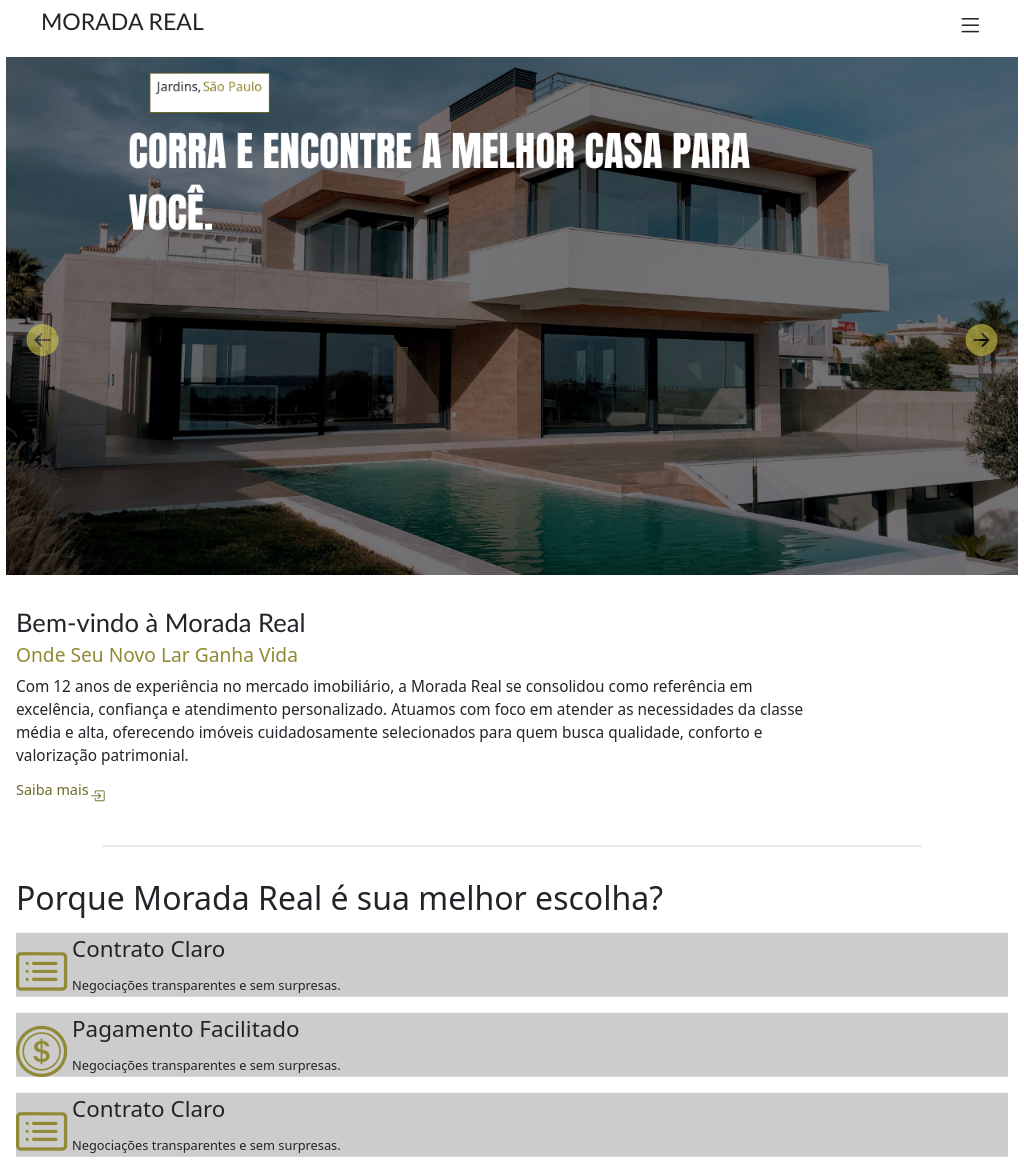
Repository: Mattyns/moradareal
Page: index.html
These files come from the project's save history. The page is drawn as it stood at one moment and after the next save; the edit follows.
The browser window is 1280 px wide. The pictures show the whole page, at 80% of full size.

Above is the page before, as saved 2025-07-13 17:41:24.

### index.html
<!DOCTYPE html>
<html lang="pt-br">
    <head>
        <meta charset="UTF-8" />
        <meta name="viewport" content="width=device-width, initial-scale=1.0" />
        <title>Morada Real</title>
        <link
            rel="stylesheet"
            href="https://cdnjs.cloudflare.com/ajax/libs/animate.css/4.1.1/animate.min.css"
        />
        <link
            href="https://cdn.jsdelivr.net/npm/bootstrap@5/dist/css/bootstrap.min.css"
            rel="stylesheet"
            integrity="sha384-QWTKZyjpPEjISv5WaRU9OFeRpok6YctnYmDr5pNlyT2bRjXh0JMhjY6hW+ALEwIH"
            crossorigin="anonymous"
        />
        <link
            rel="stylesheet"
            href="https://cdn.jsdelivr.net/npm/bootstrap-icons@1.11.3/font/bootstrap-icons.min.css"
        />
        <link rel="stylesheet" href="style/style.css" />
    </head>
    <body>
        <header class="header__container">

            <h1 class="logo__text">MORADA REAL</h1> <i class="bi-list menu__list"></i>
        </header>

        <main>
            <section class="contrast">

                <div class="contrast__container">
                    <div class="local local__sp">
                        <div class="local__text">
                            <p>Jardins,</p> <p class="local__text--contrast"> São Paulo</p>
                        </div>
                        <p class="text__message">CORRA E ENCONTRE A MELHOR CASA PARA VOCÊ.</p>
                    </div>
                    <div class="local local__rs">
                        <div class="local__text">
                            <p>Bela Vista,</p> <p class="local__text--contrast"> Rio Grande do Sul</p>
                        </div>
                        <p class="text__message">O LAR DOS SEUS SONHOS PODE ESTAR A UM CLIQUE DE DISTÂNCIA.</p>
                    </div>
                    <div class="local local__rj">
                        <div class="local__text">
                            <p>Leblon,</p> <p class="local__text--contrast"> Rio de Janeiro</p>
                        </div>
                        <p class="text__message">NÃO PERCA TEMPO! SUA NOVA HISTÓRIA COMEÇA AQUI.</p>
                    </div>

                </div>

                <i class="bi-arrow-left-circle-fill img__button" id="img__button--left"></i>
                <i class="bi-arrow-right-circle-fill img__button" id="img__button--right"></i>

            </section>
            <section class="present">
                <h1 class="present__title">Bem-vindo à Morada Real</h1>
                <h2 class="present__subtitle">Onde Seu Novo Lar Ganha Vida</h2>
                <p class="present__text">Com 12 anos de experiência no mercado imobiliário, a Morada Real se consolidou como referência em excelência, confiança e atendimento personalizado. Atuamos com foco em atender as necessidades da classe média e alta, oferecendo imóveis cuidadosamente selecionados para quem busca qualidade, conforto e valorização patrimonial.</p>
                <a href="#" class="button__link present__more"><p>Saiba mais</p> <i class="bi-box-arrow-in-right"></i></a>

            </section>

            <hr class="line--gray">

            <section class="services">
                <h1 class="services__title">
                    <h1>Porque Morada Real é sua melhor escolha?</h1>
                    <div class="service__container">
                        <div class="service__card service__contract">
                            <i class="service__icon bi-card-list"></i>
                            <h3 class="service__title">Contrato Claro</h3>
                            <p class="service__text">Negociações transparentes e sem surpresas.</p>
                        </div>

                        <div class="service__card service__Payment">
                            <i class="service__icon bi-coin"></i>
                            <h3 class="service__title">Pagamento Facilitado</h3>
                            <p class="service__text">Negociações transparentes e sem surpresas.</p>
                        </div>

                        <div class="service__card service__contract">
                            <i class="service__icon bi-card-list"></i>
                            <h3 class="service__title">Contrato Claro</h3>
                            <p class="service__text">Negociações transparentes e sem surpresas.</p>
                        </div>



                    </div>
                </h1>
            </section>


        </main>

        <script src="script/carousel.js"></script>
    </body>
</html>

### style/style.css
@charset "UTF-8";

:root {
    --preto:black;
    --branco:white;
    --cor1:#D3CC4C;
    --cor2:#B1AB40;
    --cor3:#DCD650;
    --cor4:#8F8A33;
    --cor5:#6D6927;
    --cor6:#4B481B;
    --cor7:#f0eca5;
    --cor8:white;

}

* {
    margin: 0px;
    padding: 0px;
    box-sizing: border-box;
}

.header__container {
    display: flex;
    height: 20%;
    width: 100%;
    background-color: var(--branco);
    align-items: center;
    padding-top: 10px;
    padding-bottom: 10px;
}

.logo__text {
    margin-left: 4%;
    font-size: 180%;
    font-family: 'Trebuchet MS', 'Lucida Sans Unicode', 'Lucida Grande', 'Lucida Sans', Arial, sans-serif;
}

.menu__list {
    font-size: 2em;
    position: absolute;
    right: 4%;
}

.contrast {
    height: 90vh;
    margin: 8px;

    overflow: hidden;
    max-width: 100%;
    position: relative;


}

.contrast__container {

    display: flex;
  transition: transform 0.3s ease;
  will-change: transform;
  touch-action: pan-y;
}

.local {
    height: 90vh;
    background-size: cover;
    background-position: right;
     flex: 0 0 100%;
    box-sizing: border-box;
    padding: 20px; /* opcional */
}

.local__sp {
    background-image: url(../img/webaliser.jpg);

}

.local__rs {
    background-image: url(../img/brian.jpg);

}

.local__rj {
    background-image: url(../img/zoe.jpg);

}

.local__text {
    display: flex;
    background-color: var(--branco);
    width: fit-content;
    padding: 4px 0px;
    padding-left: 8px;
    padding-right: 8px;
    top: 20%;
    margin-left:13%;
    border: 1px solid var(--cor5);

}

.local__text--contrast {
    color: var(--cor4);
    margin-left: 2px;
}

.text__message {
    top: 26%;
    width: 68%;
    margin-left: 10%;
    font-size:320%;
    font-family:Impact, Haettenschweiler, 'Arial Narrow Bold', sans-serif;
    color:var(--cor8) ;
    padding: 10px;
    border-radius: 10px;
}

.img__button {
    font-size: 2.5em;
    position:absolute;
    color: #dcd55090;
    transition: color 0.8s ease;

}

.img__button:hover {
    color: #DCD650;
    transition: color 0.8s ease;
}

.img__button.disabled {
  color: #ccc;  /* cinza claro */
  cursor: not-allowed;
  opacity: 0.6;
}

#img__button--left {
    left: 2%;
    top: 50%;
}

#img__button--right {
    right: 2%;
    top: 50%;
}


.present {
    margin: 0px 20px;
    margin-top: 40px;
}

.present__title {
    text-align: left;
    font-family: 'Trebuchet MS', 'Lucida Sans Unicode', 'Lucida Grande', 'Lucida Sans', Arial, sans-serif;
    font-size: 2em;

}

.present__subtitle {
    font-size: 1.5em;
    color: var(--cor4);

}

.present__text {
    width: 80%;
    font-size: 1.2em;
    margin-top: 10px;
    margin-bottom: 15px;
}

.button__link {
    text-decoration: none;
    color: white;
    font-size: 18px;

}

.present__more {
    color: var(--cor5);
    display: flex;
    align-items: center;

}

.present__more > p {
    margin-right: 2px;
}

.line--gray {
    width: 80%;
    margin: auto;
    margin-top: 40px;
}

.services {
    margin: 20px;
    margin-top: 40px;
}

.service__container {
    margin-top: 20px;

}

.service__card {
  display: grid;
  grid-template-columns: auto 1fr; /* coluna 1 para o ícone, coluna 2 para o conteúdo */
  grid-template-rows: auto auto;   /* duas linhas */
  gap: 2px; /* opcional: espaço entre elementos */
  align-items: center;

  background-color: #ccc;
  height: 80px;
  margin: 20px auto;
}

.service__icon {
    grid-row: 1 / 3;   /* ocupa da linha 1 até antes da 3 (ou seja, 2 linhas) */
    grid-column: 1;    /* fica na coluna 1 */

    font-size: 4em;
    margin-right: 4px;
    color: var(--cor4);
}

.service__title {
  grid-row: 1;       /* linha 1 */
  grid-column: 2;    /* coluna 2 */
}

.service__text {
  grid-row: 2;       /* linha 2 */
  grid-column: 2;    /* coluna 2 */
  width: 80%;
}

### script/carousel.js
const container = document.querySelector('.contrast__container');
const slides = document.querySelectorAll('.local');

let isDragging = false;
let startPos = 0;
let currentTranslate = 0;
let prevTranslate = 0;
let animationID;
let currentIndex = 0;

slides.forEach((slide, index) => {
  slide.addEventListener('touchstart', touchStart(index));
  slide.addEventListener('touchend', touchEnd);
  slide.addEventListener('touchmove', touchMove);

  slide.addEventListener('mousedown', touchStart(index));
  slide.addEventListener('mouseup', touchEnd);
  slide.addEventListener('mouseleave', touchEnd);
  slide.addEventListener('mousemove', touchMove);
});

function touchStart(index) {
  return function (event) {
    currentIndex = index;
    startPos = getPositionX(event);
    isDragging = true;

    animationID = requestAnimationFrame(animation);
  };
}

function touchMove(event) {
  if (!isDragging) return;
  const currentPosition = getPositionX(event);
  currentTranslate = prevTranslate + currentPosition - startPos;
}

function touchEnd() {
  cancelAnimationFrame(animationID);
  isDragging = false;

  const movedBy = currentTranslate - prevTranslate;

  if (movedBy < -100 && currentIndex < slides.length - 1) currentIndex++;
  if (movedBy > 100 && currentIndex > 0) currentIndex--;

  setPositionByIndex();
}

function getPositionX(event) {
  return event.type.includes('mouse') ? event.pageX : event.touches[0].clientX;
}

function animation() {
  setSliderPosition();
  if (isDragging) requestAnimationFrame(animation);
}

function setSliderPosition() {
  container.style.transform = `translateX(${currentTranslate}px)`;
}

function setPositionByIndex() {
  currentTranslate = currentIndex * -container.offsetWidth;
  prevTranslate = currentTranslate;
  setSliderPosition();
  updateButtons();
}


const imgLeft = document.getElementById('img__button--left');
const imgRight = document.getElementById('img__button--right');

imgLeft.addEventListener('click', imgSlideLeft);
imgRight.addEventListener('click', imgSlideRight);


function imgSlideLeft() {
  if (currentIndex > 0) {
    currentIndex--;
    setPositionByIndex();
  }
}

function imgSlideRight() {
  if (currentIndex < slides.length - 1) {
    currentIndex++;
    setPositionByIndex();
  }
}

// Função para ativar/desativar os botões conforme o slide atual
function updateButtons() {
  if (currentIndex === 0) {
    imgLeft.classList.add('disabled');
  } else {
    imgLeft.classList.remove('disabled');
  }

  if (currentIndex === slides.length - 1) {
    imgRight.classList.add('disabled');
  } else {
    imgRight.classList.remove('disabled');
  }
}

After the next save:
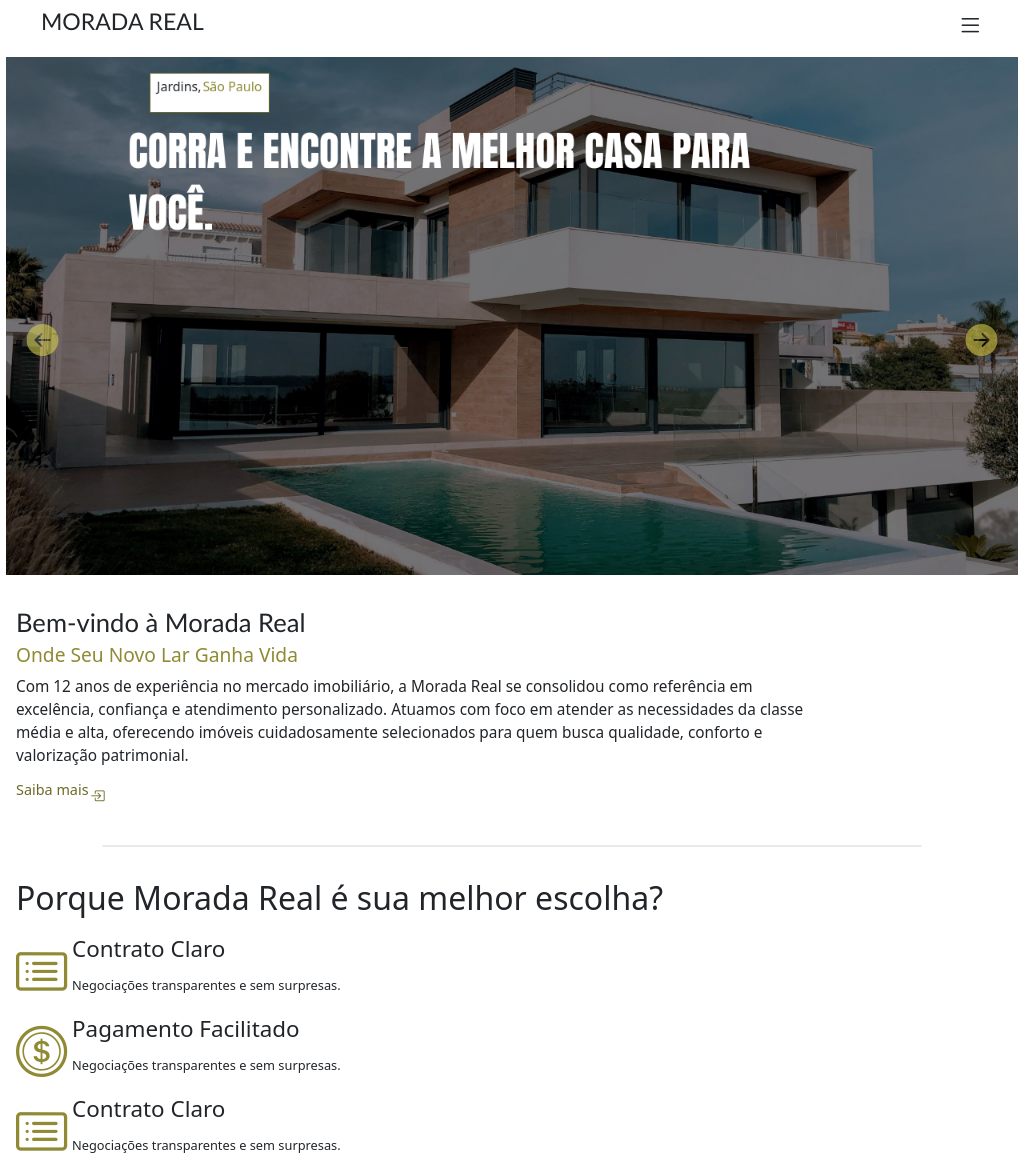
Saved 93 s later.
--- a/style/style.css
+++ b/style/style.css
@@ -210,7 +210,7 @@
   gap: 2px; /* opcional: espaço entre elementos */
   align-items: center;
 
-  background-color: #ccc;
+
   height: 80px;
   margin: 20px auto;
 }
